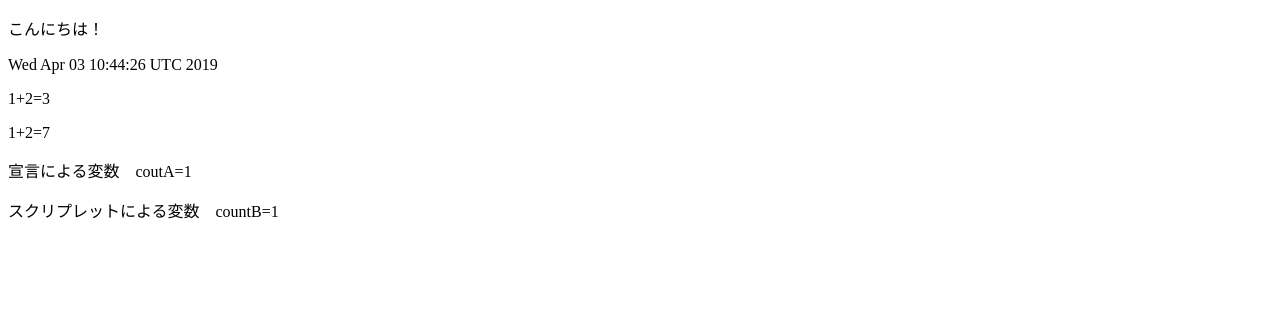
Repository: Higa111/test
Page: http://localhost/HelloJSP/
These files come from the project's save history. The page is drawn as it stood at one moment and after the next save; the edit follows.
The browser window is 1280 px wide. The pictures show the whole page.
The page is served by Tomcat 9.

Above is the page before, as saved 2019-04-03 11:16:14.

After the next save:
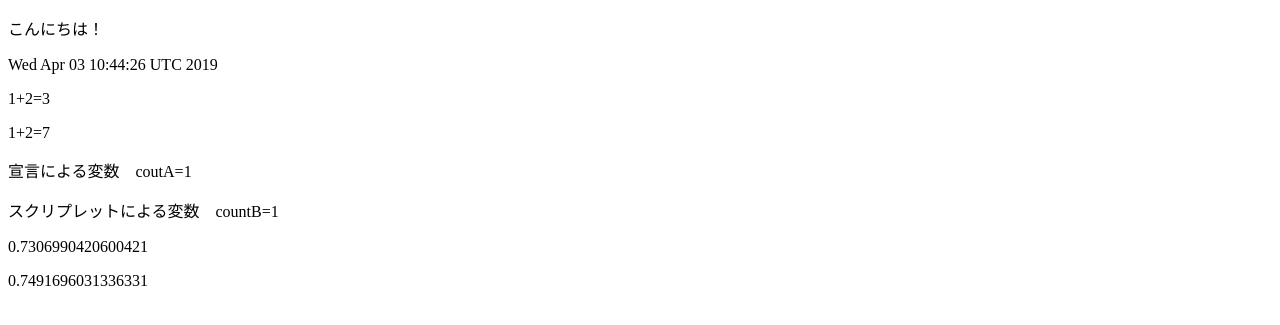
Saved 2 min 13 s later.
--- a/HelloJSP/WebContent/index.jsp
+++ b/HelloJSP/WebContent/index.jsp
@@ -30,6 +30,8 @@ countB++;
 <p>宣言による変数　coutA=<%=countA %></p>
 <p>スクリプレットによる変数　countB=<%=countB %></p>
 
+<p><%out.println(Math.random()); %>
+<p><%=Math.random() %>
 
 </body>
 </html>
